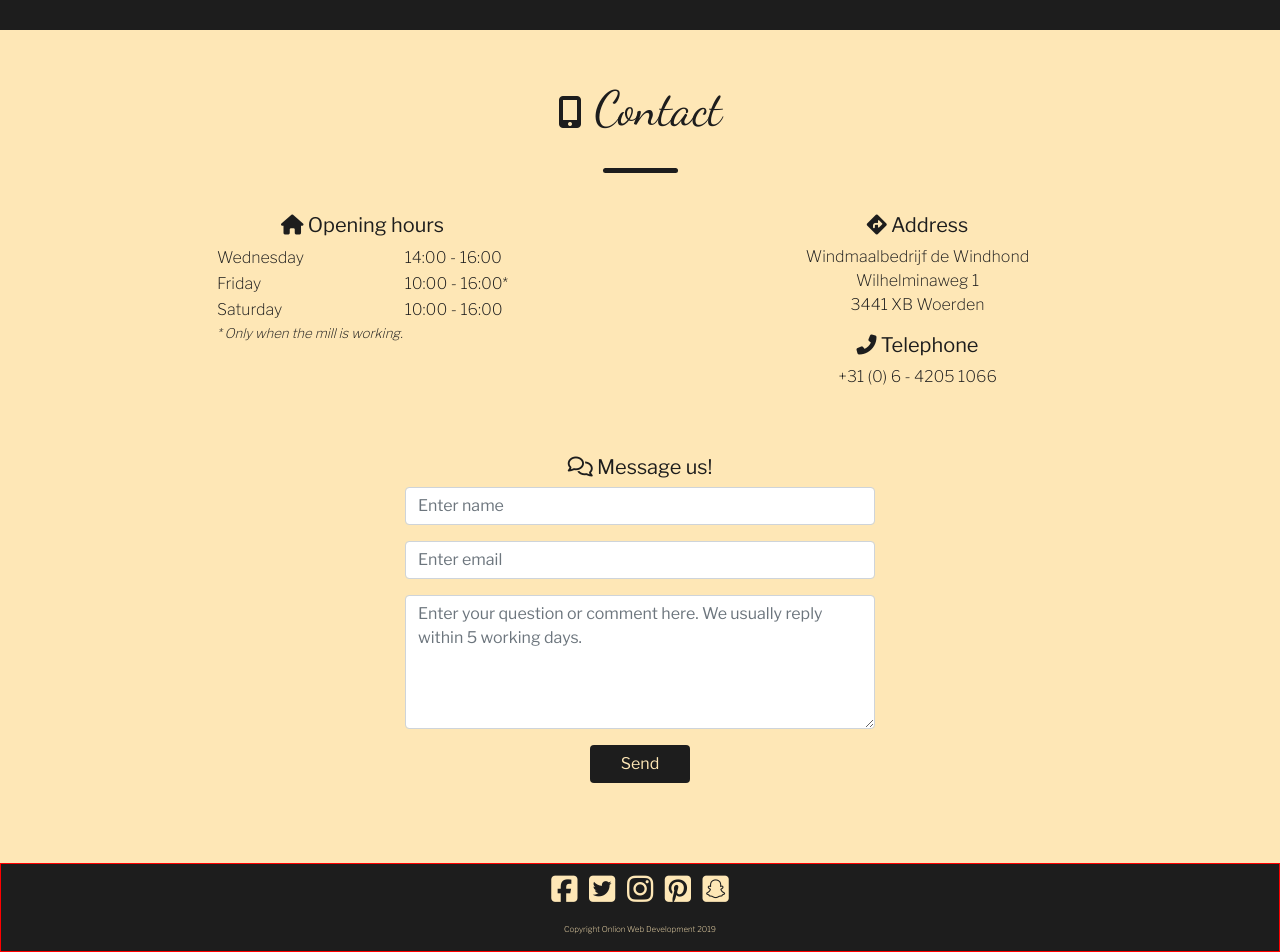
Repository: jdl208/DeWindhond
Page: index.html
The author's editor kept a record of every edit. The page is drawn from the files as they stood at one moment, then again after the next edit.
The browser window is 1280 px wide. The pictures show the part of the page from y = 2407 to 3359 px (the page is 3359 px tall before and 3357 px after).
Some web libraries are served in a nearby version.

Above is the page before.

After the next edit:
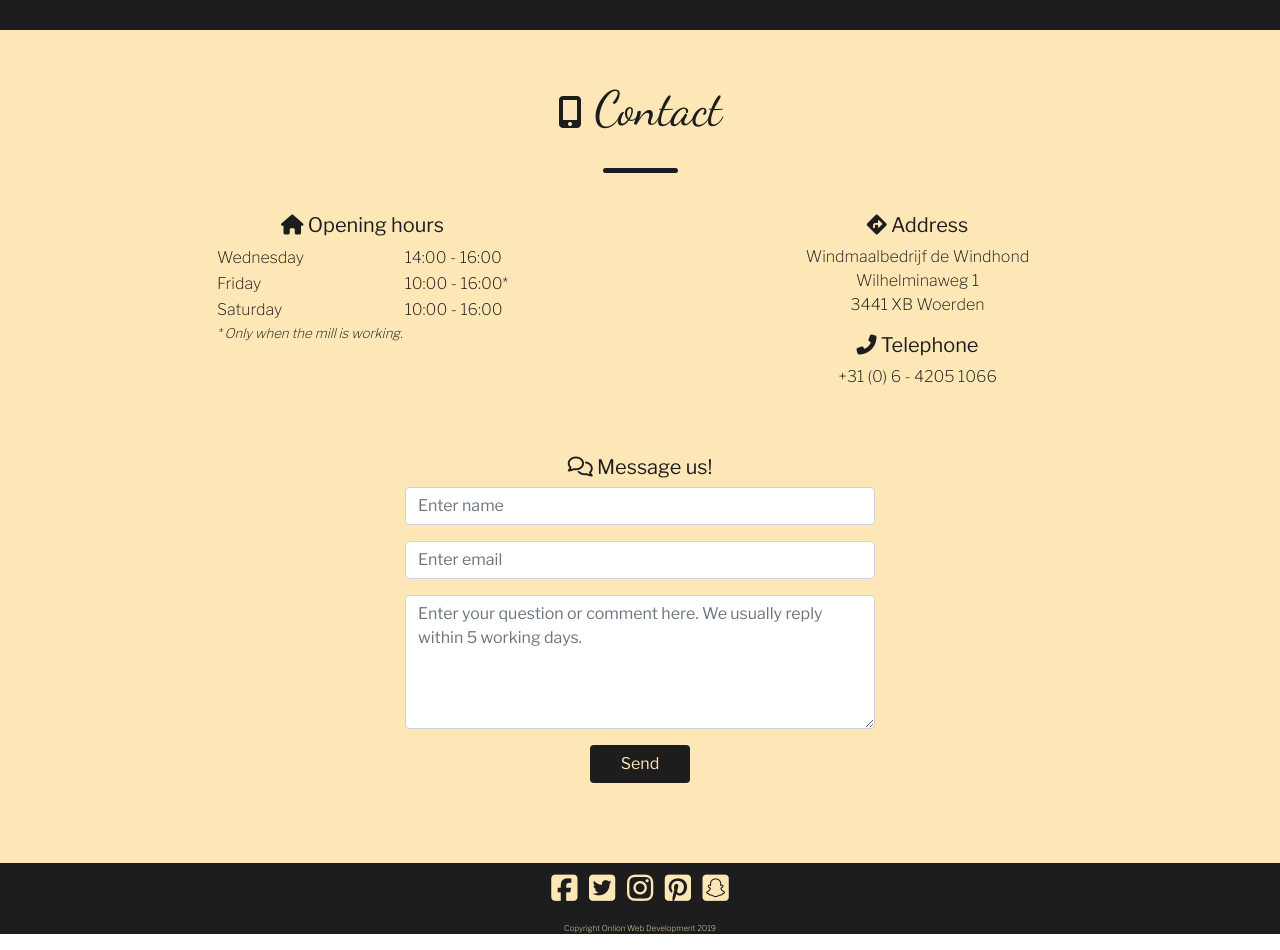
The edit:
--- a/assets/css/style.css
+++ b/assets/css/style.css
@@ -277,7 +277,6 @@
     text-align: center;
     padding: 10px 10px 0 10px;
     margin-bottom:0;
-    border: red 1px solid;
 }
 
 .footerlist {
